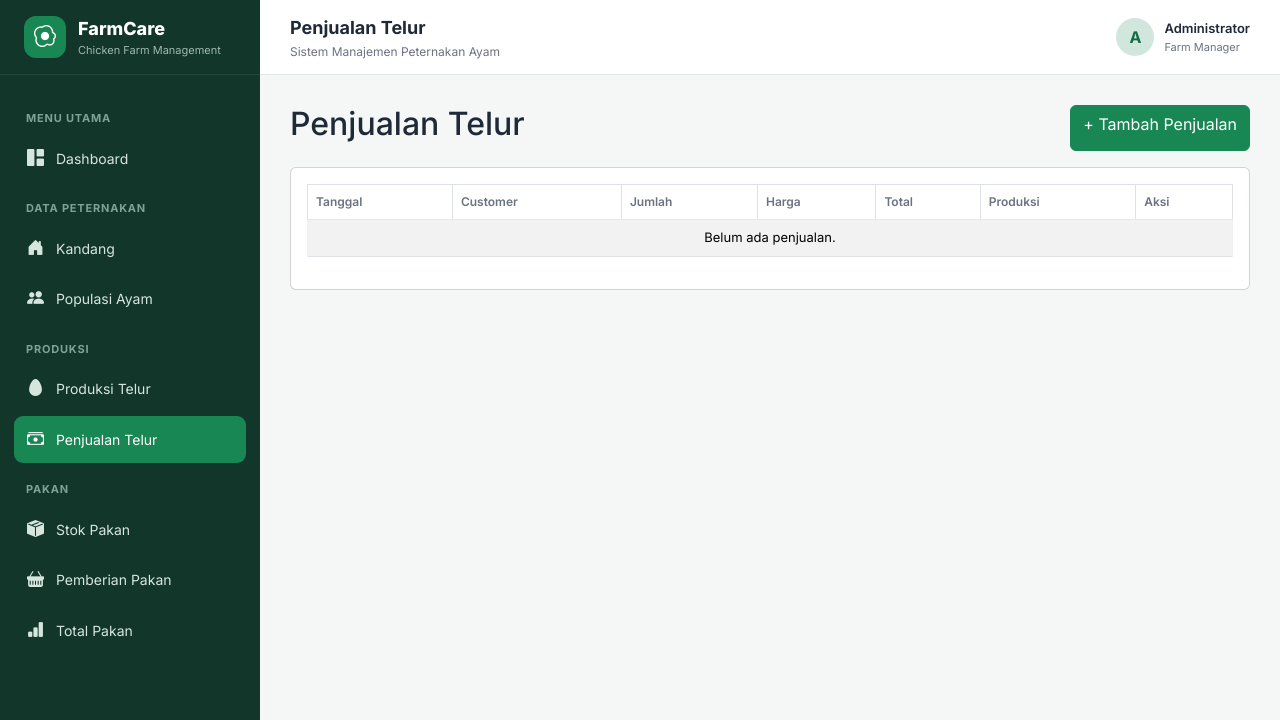
Repository: syafira-nur25/bukanayampart1
Page: http://localhost/penjualan-telur
The author's editor kept a copy of each file at every save. The page is drawn from the files as they stood at one save, then again after the next save.
The browser window is 1280 px wide. The pictures show the whole page.
The page is served by the project's Laravel application, run on PHP 8.4 with Laravel 12. A made-up administrator, Test User (test@example.com), is signed in. Queries for data that is not in the repository find no rows.

Above is the page before, as saved 2026-08-13 09:43:10.

After the next save:
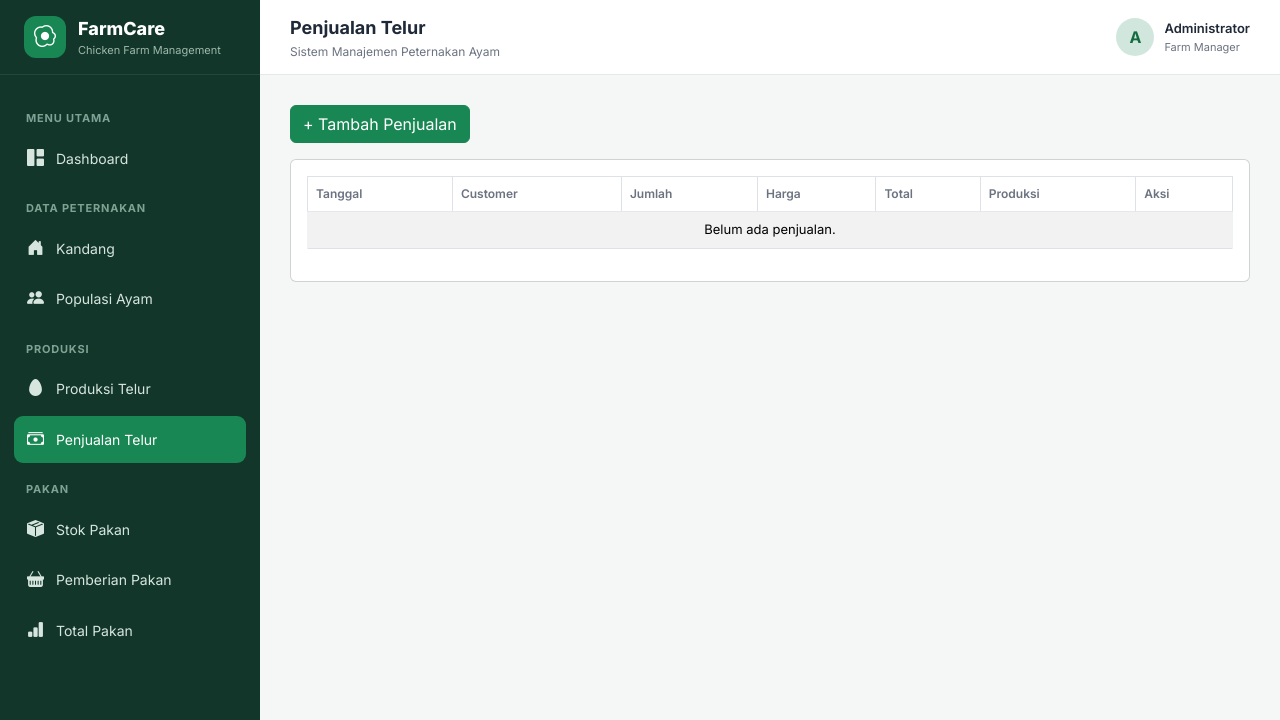
Saved 10 s later.
--- a/resources/views/penjualan_telur/index.blade.php
+++ b/resources/views/penjualan_telur/index.blade.php
@@ -5,8 +5,6 @@
 @section('content')
 
 <div class="d-flex justify-content-between mb-3">
-
-    <h2>Penjualan Telur</h2>
 
     <a
         href="{{ route('penjualan-telur.create') }}"
